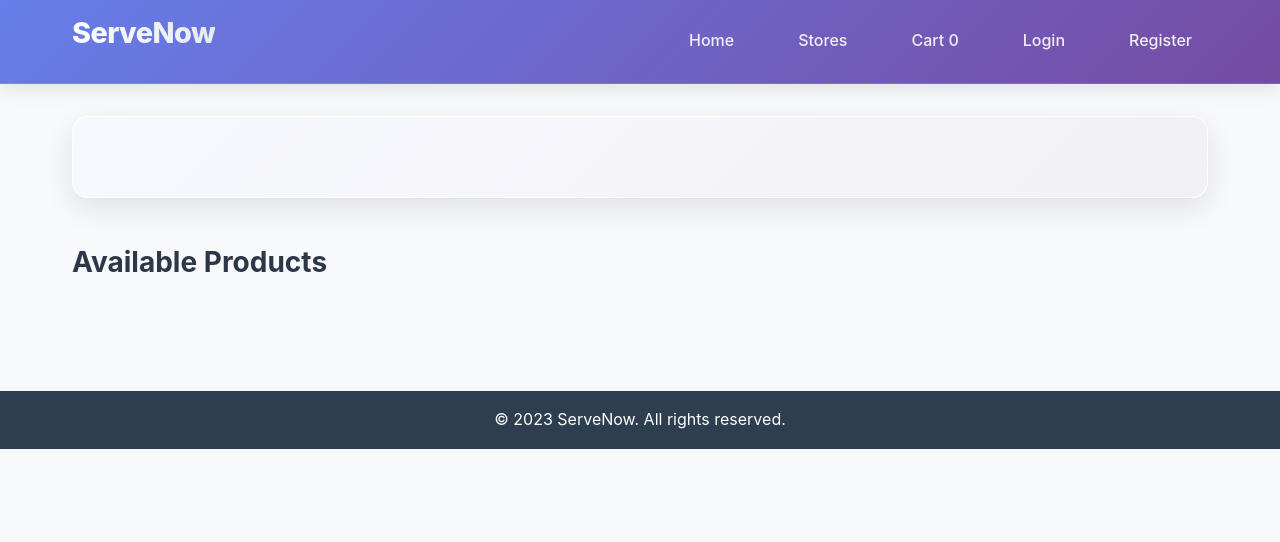
Repository: onenet786/servenow
Page: store.html
These files come from the project's save history. The page is drawn as it stood at one moment and after the next save; the edit follows.
The browser window is 1280 px wide. The pictures show the whole page.

Above is the page before, as saved 2025-12-15 20:00:06.
Console error: SyntaxError: Identifier 'API_BASE' has already been declared

After the next save:
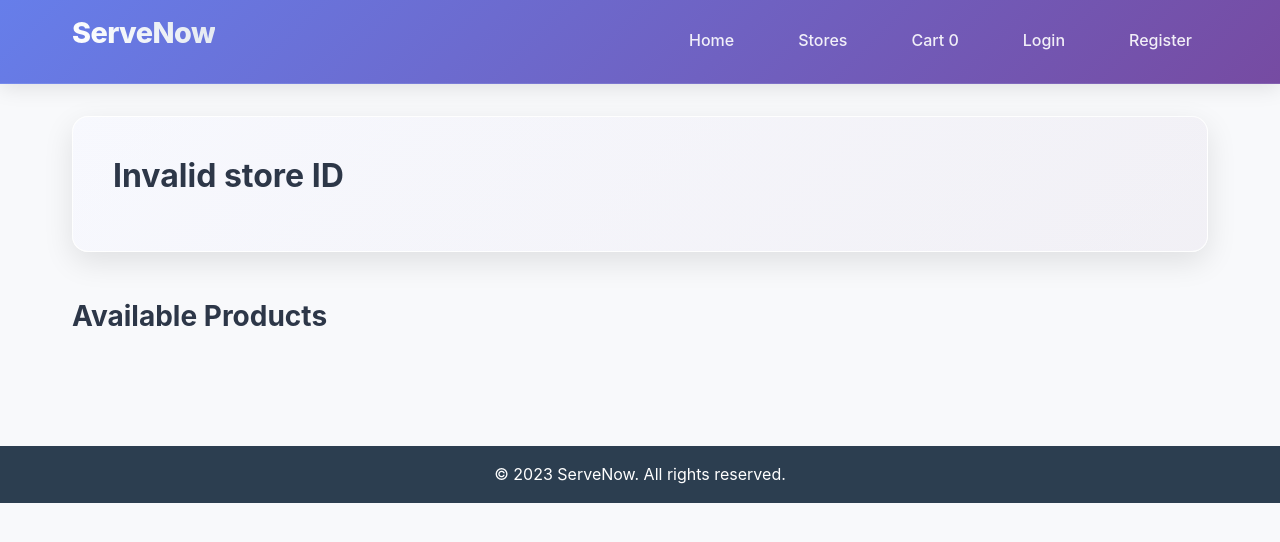
The error is gone.
Saved 4 min 13 s later.
--- a/js/store.js
+++ b/js/store.js
@@ -1,4 +1,6 @@
-const API_BASE = window.location.protocol + '//' + window.location.host;
+function getApiBase() {
+    try { return API_BASE; } catch (e) { return window.location.protocol + '//' + window.location.host; }
+}
 
 function getStoreId() {
     const urlParams = new URLSearchParams(window.location.search);
@@ -39,9 +41,9 @@ function displayStoreProductsData(storeProducts) {
             if (/^https?:\/\//i.test(url) || url.toLowerCase().startsWith('data:')) {
                 imageSrc = url;
             } else if (url.startsWith('/')) {
-                imageSrc = API_BASE.replace(/\/$/, '') + url;
+                imageSrc = getApiBase().replace(/\/$/, '') + url;
             } else {
-                imageSrc = API_BASE.replace(/\/$/, '') + '/' + url.replace(/^\/+/, '');
+                imageSrc = getApiBase().replace(/\/$/, '') + '/' + url.replace(/^\/+/, '');
             }
             variants = product.image_variants || product.variants || null;
         }
@@ -80,14 +82,14 @@ document.addEventListener('DOMContentLoaded', async function() {
         return;
     }
     try {
-        const resp = await fetch(`${API_BASE}/api/stores/${encodeURIComponent(storeId)}`);
+        const resp = await fetch(`${getApiBase()}/api/stores/${encodeURIComponent(storeId)}`);
         const data = await resp.json();
         if (data && data.success) {
             displayStoreInfoData(data.store);
             let list = Array.isArray(data.products) ? data.products : [];
             if (!list.length) {
                 try {
-                    const resp2 = await fetch(`${API_BASE}/api/products?store=${encodeURIComponent(storeId)}&admin=1`);
+                    const resp2 = await fetch(`${getApiBase()}/api/products?store=${encodeURIComponent(storeId)}&admin=1`);
                     const data2 = await resp2.json();
                     if (data2 && data2.success && Array.isArray(data2.products)) {
                         const onlyAvailable = data2.products.filter(p => p.is_available);
